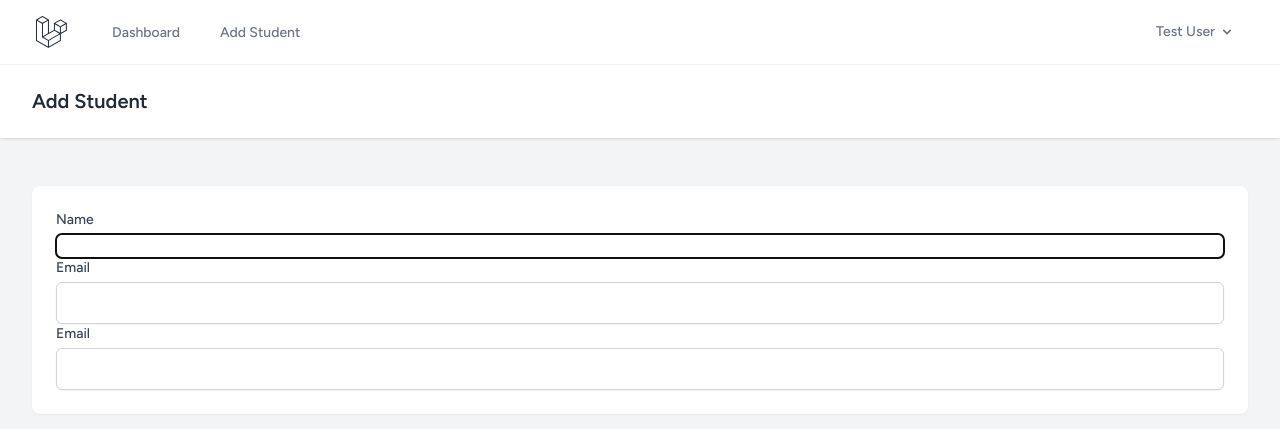
Repository: rkrukshan/CRUD-with-Laravel-V.10-Breeze
Page: http://localhost/add-student
These files come from the project's save history. The page is drawn as it stood at one moment and after the next save; the edit follows.
The browser window is 1280 px wide. The pictures show the whole page.
The page is served by the project's Laravel application, run on PHP 8.4 with Laravel 10. A made-up administrator, Test User (test@example.com), is signed in. Other server files are loaded and not shown. Style sheets and scripts are compiled from the project's sources, by tool versions that may differ from the author's.

Above is the page before, as saved 2023-11-14 20:12:26.

### app/Providers/AppServiceProvider.php
<?php

namespace App\Providers;

use Illuminate\Support\Facades\Schema;
use Illuminate\Support\ServiceProvider;

class AppServiceProvider extends ServiceProvider
{
    /**
     * Register any application services.
     */
    public function register(): void
    {
        //
    }

    /**
     * Bootstrap any application services.
     */
    public function boot(): void
    {
        Schema::defaultStringLength('191');
    }
}

### routes/web.php
<?php

use App\Http\Controllers\ProfileController;
use App\Http\Controllers\StudentController;
use Illuminate\Support\Facades\Route;

/*
|--------------------------------------------------------------------------
| Web Routes
|--------------------------------------------------------------------------
|
| Here is where you can register web routes for your application. These
| routes are loaded by the RouteServiceProvider and all of them will
| be assigned to the "web" middleware group. Make something great!
|
*/

Route::get('/', function () {
    return view('welcome');
});

Route::get('/dashboard', function () {
    return view('dashboard');
})->middleware(['auth', 'verified'])->name('dashboard');

Route::middleware('auth')->group(function () {
    Route::get('/profile', [ProfileController::class, 'edit'])->name('profile.edit');
    Route::patch('/profile', [ProfileController::class, 'update'])->name('profile.update');
    Route::delete('/profile', [ProfileController::class, 'destroy'])->name('profile.destroy');
});

require __DIR__.'/auth.php';


Route::controller(StudentController::class)->group(function () {
    Route::get('/add-student', 'create');
    // Route::post('/orders', 'store');
});

### app/Http/Controllers/StudentController.php
<?php

namespace App\Http\Controllers;

use Illuminate\Http\Request;

class StudentController extends Controller
{
    /**
     * Display a listing of the resource.
     */
    public function index()
    {
        //
    }

    /**
     * Show the form for creating a new resource.
     */
    public function create()
    {
        return view('student.create');
    }

    /**
     * Store a newly created resource in storage.
     */
    public function store(Request $request)
    {
        //
    }

    /**
     * Display the specified resource.
     */
    public function show(string $id)
    {
        //
    }

    /**
     * Show the form for editing the specified resource.
     */
    public function edit(string $id)
    {
        //
    }

    /**
     * Update the specified resource in storage.
     */
    public function update(Request $request, string $id)
    {
        //
    }

    /**
     * Remove the specified resource from storage.
     */
    public function destroy(string $id)
    {
        //
    }
}

### resources/views/student/create.blade.php
<x-app-layout>
    <x-slot name="header">
        <h2 class="font-semibold text-xl text-gray-800 dark:text-gray-200 leading-tight">
            {{ __('Add Student') }}
        </h2>
    </x-slot>

    <div class="py-12">
        <div class="max-w-7xl mx-auto sm:px-6 lg:px-8">
            <div class="bg-white dark:bg-gray-800 overflow-hidden shadow-sm sm:rounded-lg">
                <div class="p-6 text-gray-900 dark:text-gray-100">
                    <form action="" method="POST">
                        @csrf
                        <div>
                            <x-input-label for="name" :value="__('Name')" />
                            <x-text-input id="name" class="block mt-1 w-full" type="name" name="name" :value="old('name')" required autofocus autocomplete="username" />
                            <x-input-error :messages="$errors->get('name')" class="mt-2" />
                        </div>


                        <div>
                            <x-input-label for="email" :value="__('Email')" />
                            <x-text-input id="email" class="block mt-1 w-full" type="email" name="email" :value="old('email')" required autofocus autocomplete="username" />
                            <x-input-error :messages="$errors->get('email')" class="mt-2" />
                        </div>


                        <div>
                            <x-input-label for="email" :value="__('Email')" />
                            <x-text-input id="email" class="block mt-1 w-full" type="email" name="email" :value="old('email')" required autofocus autocomplete="username" />
                            <x-input-error :messages="$errors->get('email')" class="mt-2" />
                        </div>

                    </form>
                </div>
            </div>
        </div>
    </div>
</x-app-layout>

### resources/views/layouts/navigation.blade.php
<nav x-data="{ open: false }" class="bg-white dark:bg-gray-800 border-b border-gray-100 dark:border-gray-700">
    <!-- Primary Navigation Menu -->
    <div class="max-w-7xl mx-auto px-4 sm:px-6 lg:px-8">
        <div class="flex justify-between h-16">
            <div class="flex">
                <!-- Logo -->
                <div class="shrink-0 flex items-center">
                    <a href="{{ route('dashboard') }}">
                        <x-application-logo class="block h-9 w-auto fill-current text-gray-800 dark:text-gray-200" />
                    </a>
                </div>

                <!-- Navigation Links -->
                <div class="hidden space-x-8 sm:-my-px sm:ms-10 sm:flex">
                    <x-nav-link :href="route('dashboard')" :active="request()->routeIs('dashboard')">
                        {{ __('Dashboard') }}
                    </x-nav-link>


                    <x-nav-link :href="url('add-student')" :active="request()->routeIs('dashboard')">
                        {{ __('Add Student') }}
                    </x-nav-link>


                    {{--  <x-nav-link :href="route('dashboard')" :active="request()->routeIs('dashboard')">
                        {{ __('Dashboard') }}
                    </x-nav-link>  --}}
                </div>
            </div>

            <!-- Settings Dropdown -->
            <div class="hidden sm:flex sm:items-center sm:ms-6">
                <x-dropdown align="right" width="48">
                    <x-slot name="trigger">
                        <button class="inline-flex items-center px-3 py-2 border border-transparent text-sm leading-4 font-medium rounded-md text-gray-500 dark:text-gray-400 bg-white dark:bg-gray-800 hover:text-gray-700 dark:hover:text-gray-300 focus:outline-none transition ease-in-out duration-150">
                            <div>{{ Auth::user()->name }}</div>

                            <div class="ms-1">
                                <svg class="fill-current h-4 w-4" xmlns="http://www.w3.org/2000/svg" viewBox="0 0 20 20">
                                    <path fill-rule="evenodd" d="M5.293 7.293a1 1 0 011.414 0L10 10.586l3.293-3.293a1 1 0 111.414 1.414l-4 4a1 1 0 01-1.414 0l-4-4a1 1 0 010-1.414z" clip-rule="evenodd" />
                                </svg>
                            </div>
                        </button>
                    </x-slot>

                    <x-slot name="content">
                        <x-dropdown-link :href="route('profile.edit')">
                            {{ __('Profile') }}
                        </x-dropdown-link>

                        <!-- Authentication -->
                        <form method="POST" action="{{ route('logout') }}">
                            @csrf

                            <x-dropdown-link :href="route('logout')"
                                    onclick="event.preventDefault();
                                                this.closest('form').submit();">
                                {{ __('Log Out') }}
                            </x-dropdown-link>
                        </form>
                    </x-slot>
                </x-dropdown>
            </div>

            <!-- Hamburger -->
            <div class="-me-2 flex items-center sm:hidden">
                <button @click="open = ! open" class="inline-flex items-center justify-center p-2 rounded-md text-gray-400 dark:text-gray-500 hover:text-gray-500 dark:hover:text-gray-400 hover:bg-gray-100 dark:hover:bg-gray-900 focus:outline-none focus:bg-gray-100 dark:focus:bg-gray-900 focus:text-gray-500 dark:focus:text-gray-400 transition duration-150 ease-in-out">
                    <svg class="h-6 w-6" stroke="currentColor" fill="none" viewBox="0 0 24 24">
                        <path :class="{'hidden': open, 'inline-flex': ! open }" class="inline-flex" stroke-linecap="round" stroke-linejoin="round" stroke-width="2" d="M4 6h16M4 12h16M4 18h16" />
                        <path :class="{'hidden': ! open, 'inline-flex': open }" class="hidden" stroke-linecap="round" stroke-linejoin="round" stroke-width="2" d="M6 18L18 6M6 6l12 12" />
                    </svg>
                </button>
            </div>
        </div>
    </div>

    <!-- Responsive Navigation Menu -->
    <div :class="{'block': open, 'hidden': ! open}" class="hidden sm:hidden">
        <div class="pt-2 pb-3 space-y-1">
            <x-responsive-nav-link :href="route('dashboard')" :active="request()->routeIs('dashboard')">
                {{ __('Dashboard') }}
            </x-responsive-nav-link>
        </div>

        <!-- Responsive Settings Options -->
        <div class="pt-4 pb-1 border-t border-gray-200 dark:border-gray-600">
            <div class="px-4">
                <div class="font-medium text-base text-gray-800 dark:text-gray-200">{{ Auth::user()->name }}</div>
                <div class="font-medium text-sm text-gray-500">{{ Auth::user()->email }}</div>
            </div>

            <div class="mt-3 space-y-1">
                <x-responsive-nav-link :href="route('profile.edit')">
                    {{ __('Profile') }}
                </x-responsive-nav-link>

                <!-- Authentication -->
                <form method="POST" action="{{ route('logout') }}">
                    @csrf

                    <x-responsive-nav-link :href="route('logout')"
                            onclick="event.preventDefault();
                                        this.closest('form').submit();">
                        {{ __('Log Out') }}
                    </x-responsive-nav-link>
                </form>
            </div>
        </div>
    </div>
</nav>

Loaded but not shown: routes/auth.php (common file); app/Http/Controllers/Auth/EmailVerificationPromptController.php (common file); app/Http/Controllers/Controller.php (common file); app/Http/Controllers/Auth/VerifyEmailController.php (common file); app/Models/User.php (common file); app/View/Components/AppLayout.php (common file); resources/views/components/input-label.blade.php (common file); resources/views/components/text-input.blade.php (common file); resources/views/components/input-error.blade.php (common file); resources/views/layouts/app.blade.php (common file); resources/views/components/application-logo.blade.php (common file); resources/views/components/nav-link.blade.php (common file); resources/views/components/dropdown-link.blade.php (common file); resources/views/components/dropdown.blade.php (common file); resources/views/components/responsive-nav-link.blade.php (common file); resources/css/app.css (common file); tailwind.config.js (common file); resources/js/app.js (common file); resources/js/bootstrap.js (common file)

After the next save:
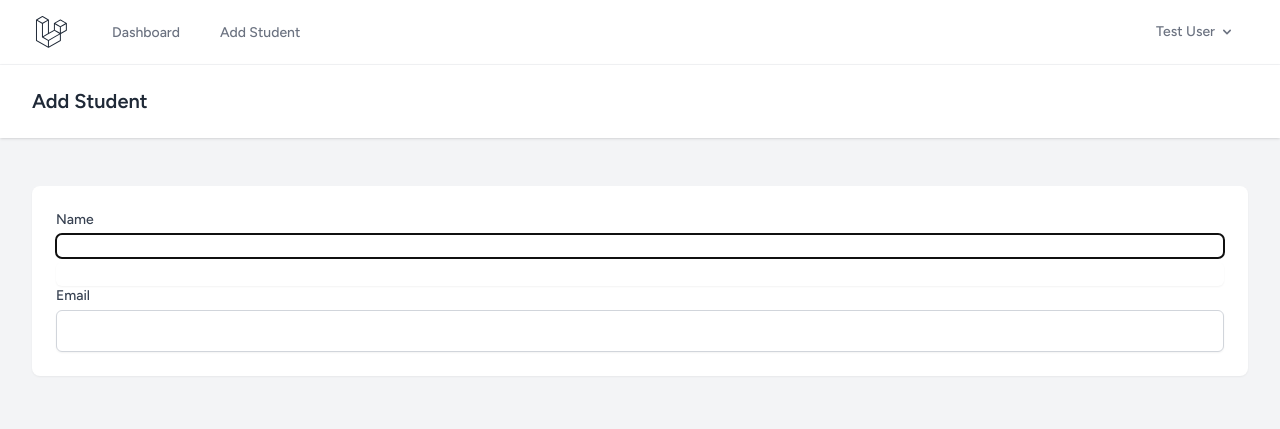
Saved 12 s later.
--- a/resources/views/student/create.blade.php
+++ b/resources/views/student/create.blade.php
@@ -19,9 +19,9 @@
 
 
                         <div>
-                            <x-input-label for="email" :value="__('Email')" />
-                            <x-text-input id="email" class="block mt-1 w-full" type="email" name="email" :value="old('email')" required autofocus autocomplete="username" />
-                            <x-input-error :messages="$errors->get('email')" class="mt-2" />
+                            <x-input-label for="" :value="__('')" />
+                            <x-text-input id="" class="block mt-1 w-full" type="" name="" :value="old('')" required autofocus autocomplete="username" />
+                            <x-input-error :messages="$errors->get('')" class="mt-2" />
                         </div>
 
 

After the save that followed:
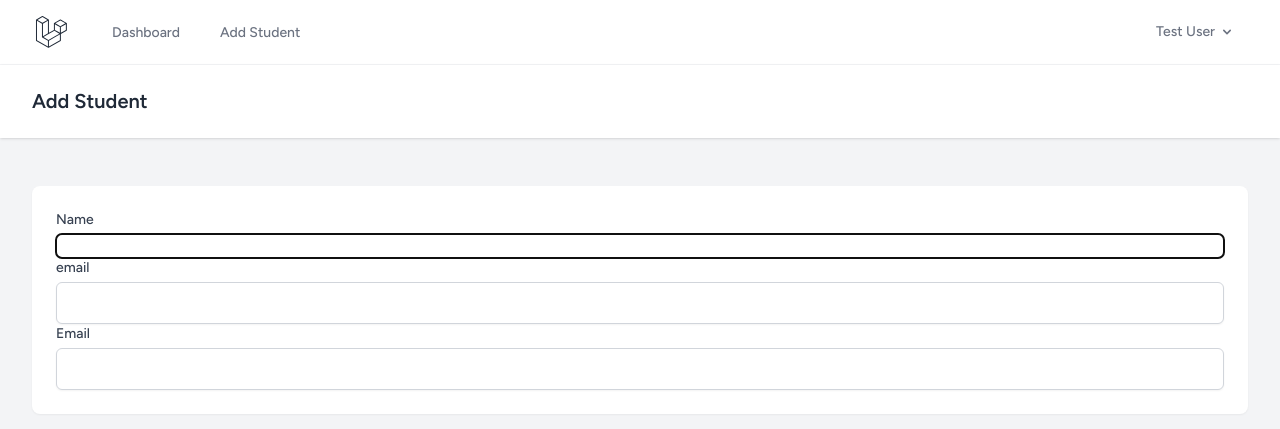
Saved 7 s later.
--- a/resources/views/student/create.blade.php
+++ b/resources/views/student/create.blade.php
@@ -19,9 +19,9 @@
 
 
                         <div>
-                            <x-input-label for="" :value="__('')" />
-                            <x-text-input id="" class="block mt-1 w-full" type="" name="" :value="old('')" required autofocus autocomplete="username" />
-                            <x-input-error :messages="$errors->get('')" class="mt-2" />
+                            <x-input-label for="email" :value="__('email')" />
+                            <x-text-input id="email" class="block mt-1 w-full" type="email" name="email" :value="old('email')" required autofocus autocomplete="username" />
+                            <x-input-error :messages="$errors->get('email')" class="mt-2" />
                         </div>
 
 
